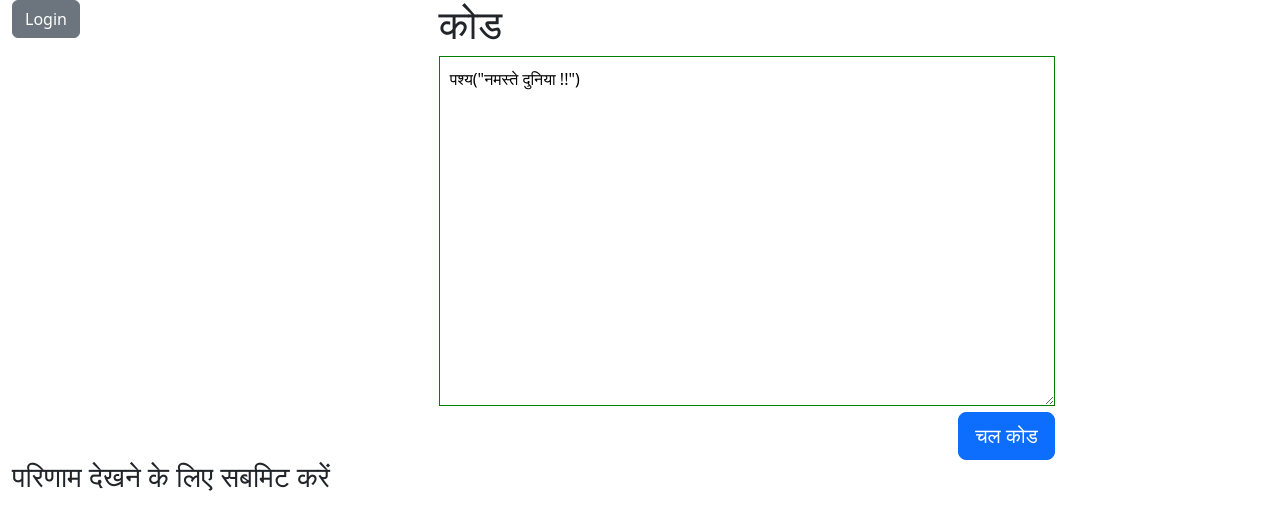
Repository: Vivek3072/webapp_shuniya_code.com
Page: /
These files come from the project's save history. The page is drawn as it stood at one moment and after the next save; the edit follows.
The browser window is 1280 px wide. The pictures show the whole page.
The project was rebuilt for these pictures with package versions that can differ from the ones it lists, and the page was loaded fresh each time. Also part of the build but not shown: src/components/Login.js, src/components/Singup.js, src/home/filteroptions.js, src/home/filteritems.js. Imported but missing from the stored project, and not drawn on this page: src/axiosApi.

Above is the page before, as saved 2021-02-28 00:45:36.

After the next save:
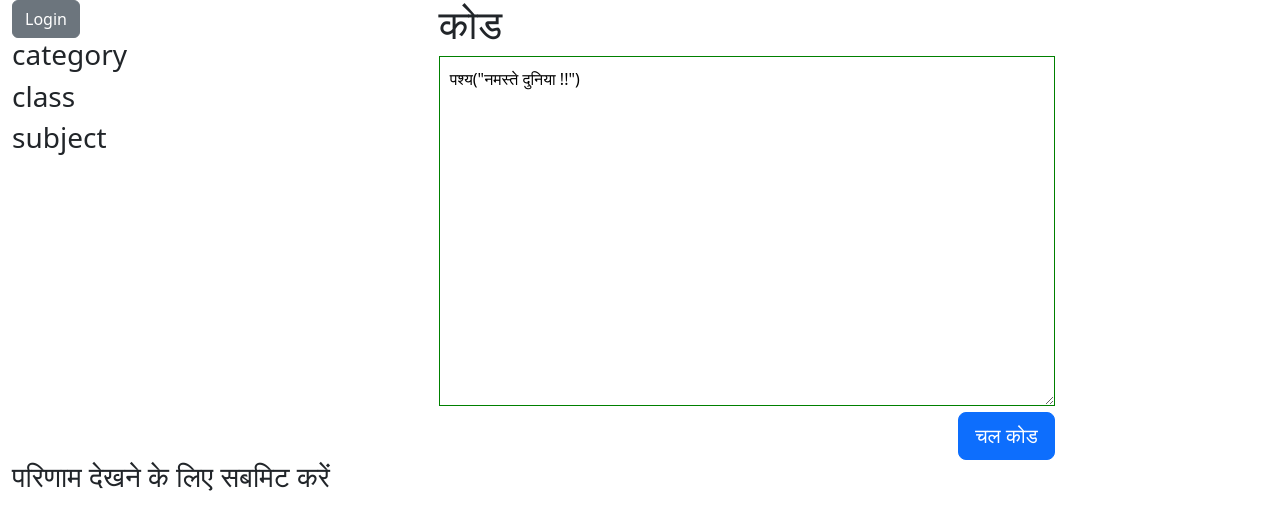
Saved 3 min 3 s later.
--- a/src/home/index.js
+++ b/src/home/index.js
@@ -124,7 +124,12 @@ export default class home extends Component {
             <div className="col-sm-6 col-md-4 col-lg-4">
           {token? null : <button type="button" className="btn btn-secondary userLogin" onClick={this.login}>Login</button>}
 
-
+               <div>
+                 <h3>category </h3>
+                 <h3>class </h3>
+                 <h3>subject </h3>
+                 <h3></h3>
+               </div>
 
             </div>
             <div className="col-sm-12 col-md-6 col-lg-6">
